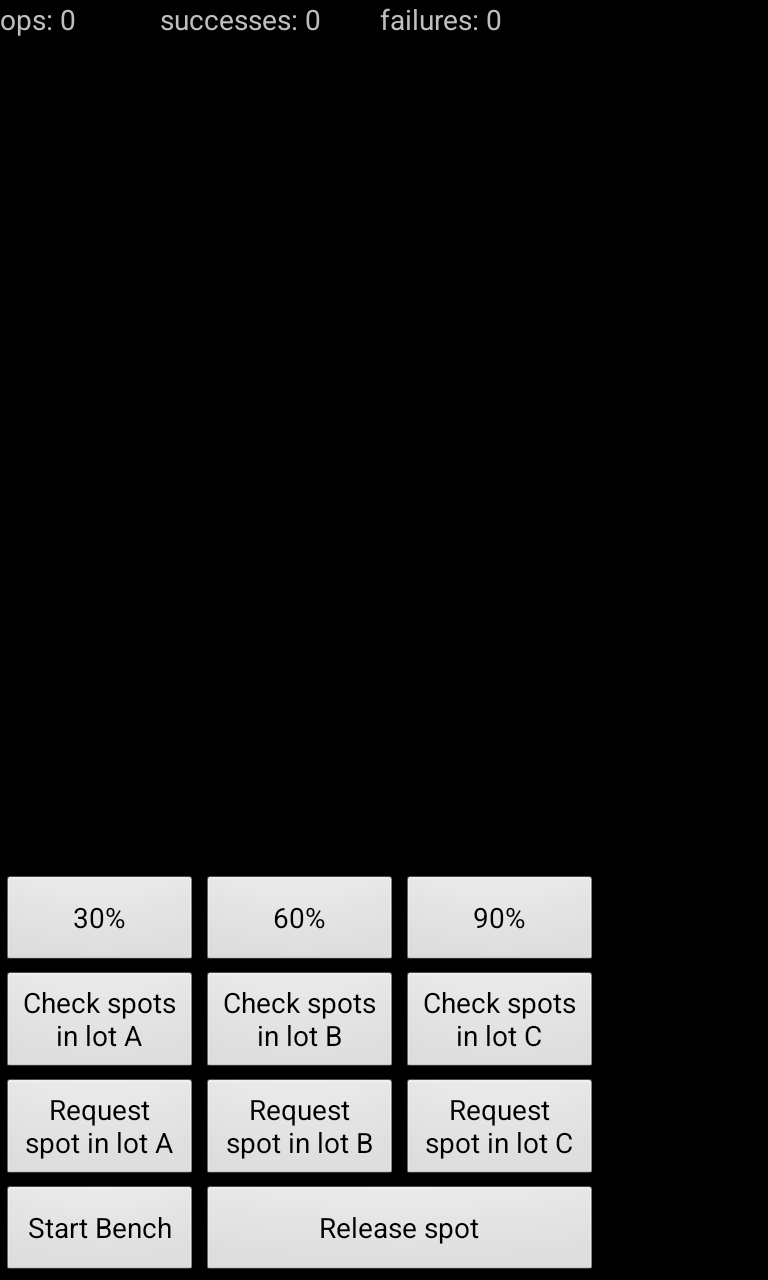
Repository: jasongao/csmcode
Layout: current/workspace/SMCloud/res/layout/main.xml
The author's editor kept a copy of each file at every save. The layout is drawn from the files as they stood at one save, then again after the next save.
It is drawn on a 768 x 1280 px phone screen (xhdpi) without system bars, with theme android:Theme; the app's code is not run. Lists and similar views that code fills are empty.

Above is the layout before, as saved 2011-07-14 19:06:35.

### current/workspace/SMCloud/res/layout/main.xml
<?xml version="1.0" encoding="utf-8"?>
<LinearLayout xmlns:android="http://schemas.android.com/apk/res/android"
	android:orientation="vertical" android:layout_width="fill_parent"
	android:layout_height="fill_parent">

	<LinearLayout android:layout_width="match_parent"
		android:layout_height="wrap_content" android:id="@+id/CountInfoLayout">
		<TextView android:text="ops: 0" android:layout_height="wrap_content"
			android:id="@+id/opcount_tv" android:layout_width="80dip"></TextView>
		<TextView android:text="successes: 0" android:layout_height="wrap_content"
			android:id="@+id/successcount_tv" android:layout_width="110dip"></TextView>
		<TextView android:text="failures: 0" android:layout_height="wrap_content"
			android:id="@+id/failurecount_tv" android:layout_width="90dip"></TextView>
	</LinearLayout>

	<ListView android:id="@+id/msgList" android:layout_width="fill_parent"
		android:layout_height="fill_parent" android:stackFromBottom="true"
		android:transcriptMode="alwaysScroll" android:layout_weight="1">
	</ListView>

	<LinearLayout android:layout_width="fill_parent"
		android:orientation="horizontal" android:layout_height="wrap_content"
		android:id="@+id/SetDistributionLayout">
		<Button android:layout_height="wrap_content"
			android:layout_width="100dip" android:text="30%"
			android:id="@+id/setdistribution30_button"></Button>
		<Button android:layout_height="wrap_content"
			android:layout_width="100dip" android:text="60%"
			android:id="@+id/setdistribution60_button"></Button>
		<Button android:layout_height="wrap_content"
			android:layout_width="100dip" android:text="90%"
			android:id="@+id/setdistribution90_button"></Button>
	</LinearLayout>

	<LinearLayout android:layout_width="fill_parent"
		android:orientation="horizontal" android:layout_height="wrap_content"
		android:id="@+id/CheckSpotLayout">
		<Button android:layout_height="wrap_content"
			android:layout_width="100dip" android:text="Check spots in lot A"
			android:id="@+id/readparkingA_button"></Button>
		<Button android:layout_height="wrap_content"
			android:layout_width="100dip" android:text="Check spots in lot B"
			android:id="@+id/readparkingB_button"></Button>
		<Button android:layout_height="wrap_content"
			android:layout_width="100dip" android:text="Check spots in lot C"
			android:id="@+id/readparkingC_button"></Button>
	</LinearLayout>

	<LinearLayout android:layout_width="fill_parent"
		android:orientation="horizontal" android:layout_height="wrap_content"
		android:id="@+id/RequestSpotLayout">
		<Button android:layout_height="wrap_content"
			android:layout_width="100dip" android:text="Request spot in lot A"
			android:id="@+id/requestparkingA_button"></Button>
		<Button android:layout_height="wrap_content"
			android:layout_width="100dip" android:text="Request spot in lot B"
			android:id="@+id/requestparkingB_button"></Button>
		<Button android:layout_height="wrap_content"
			android:layout_width="100dip" android:text="Request spot in lot C"
			android:id="@+id/requestparkingC_button"></Button>
	</LinearLayout>

	<LinearLayout android:layout_width="fill_parent"
		android:orientation="horizontal" android:layout_height="wrap_content"
		android:id="@+id/RequestLayout">
		<Button android:layout_height="wrap_content"
			android:layout_width="100dip" android:text="Start Bench"
			android:id="@+id/testcsm_button"></Button>
		<Button android:layout_height="wrap_content"
			android:layout_width="200dip" android:text="Release spot"
			android:id="@+id/releaseparking_button"></Button>
	</LinearLayout>

</LinearLayout>

After the next save:
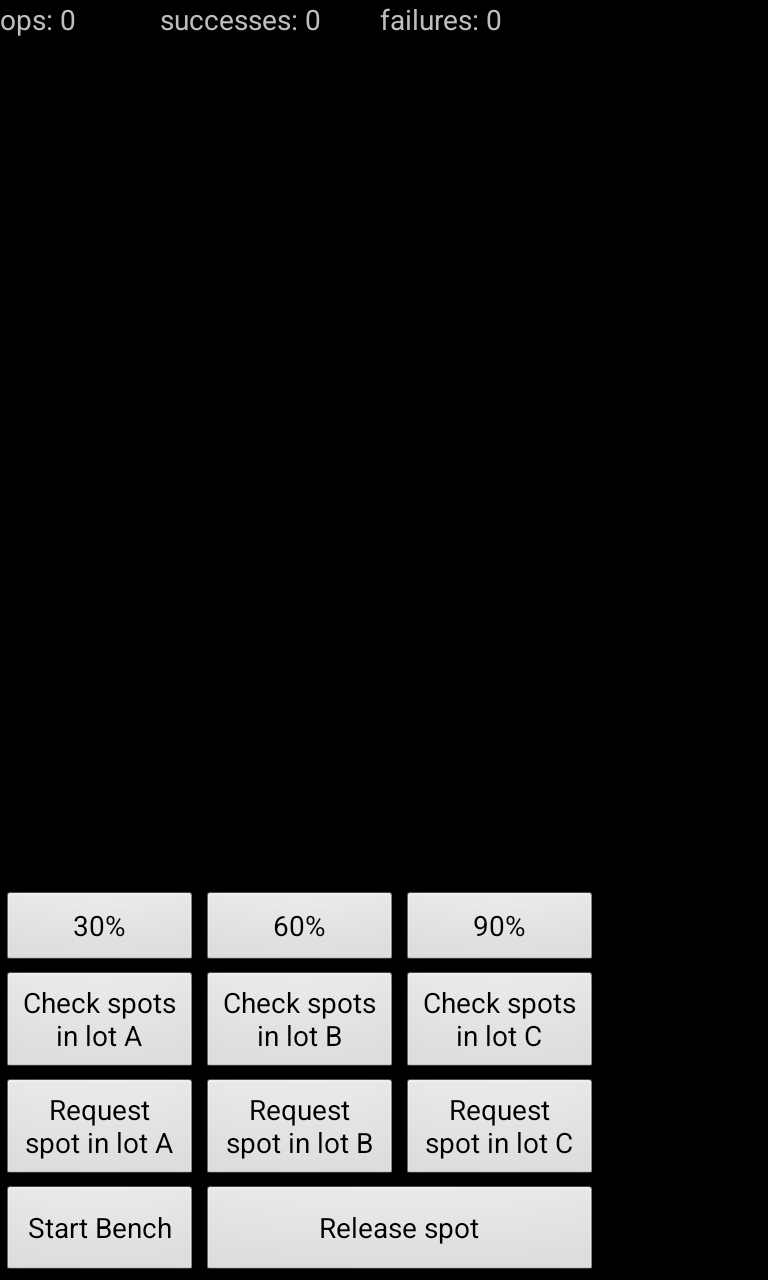
Saved 24 s later.
--- a/current/workspace/SMCloud/res/layout/main.xml
+++ b/current/workspace/SMCloud/res/layout/main.xml
@@ -21,15 +21,12 @@
 	<LinearLayout android:layout_width="fill_parent"
 		android:orientation="horizontal" android:layout_height="wrap_content"
 		android:id="@+id/SetDistributionLayout">
-		<Button android:layout_height="wrap_content"
-			android:layout_width="100dip" android:text="30%"
-			android:id="@+id/setdistribution30_button"></Button>
-		<Button android:layout_height="wrap_content"
-			android:layout_width="100dip" android:text="60%"
-			android:id="@+id/setdistribution60_button"></Button>
-		<Button android:layout_height="wrap_content"
-			android:layout_width="100dip" android:text="90%"
-			android:id="@+id/setdistribution90_button"></Button>
+		<Button android:layout_width="100dip" android:text="30%"
+			android:id="@+id/setdistribution30_button" android:layout_height="40dip"></Button>
+		<Button android:layout_width="100dip" android:text="60%"
+			android:id="@+id/setdistribution60_button" android:layout_height="40dip"></Button>
+		<Button android:layout_width="100dip" android:text="90%"
+			android:id="@+id/setdistribution90_button" android:layout_height="40dip"></Button>
 	</LinearLayout>
 
 	<LinearLayout android:layout_width="fill_parent"
@@ -64,8 +61,7 @@
 		android:orientation="horizontal" android:layout_height="wrap_content"
 		android:id="@+id/RequestLayout">
 		<Button android:layout_height="wrap_content"
-			android:layout_width="100dip" android:text="Start Bench"
-			android:id="@+id/testcsm_button"></Button>
+			android:layout_width="100dip" android:text="Start Bench" android:id="@+id/testcsm_button"></Button>
 		<Button android:layout_height="wrap_content"
 			android:layout_width="200dip" android:text="Release spot"
 			android:id="@+id/releaseparking_button"></Button>
